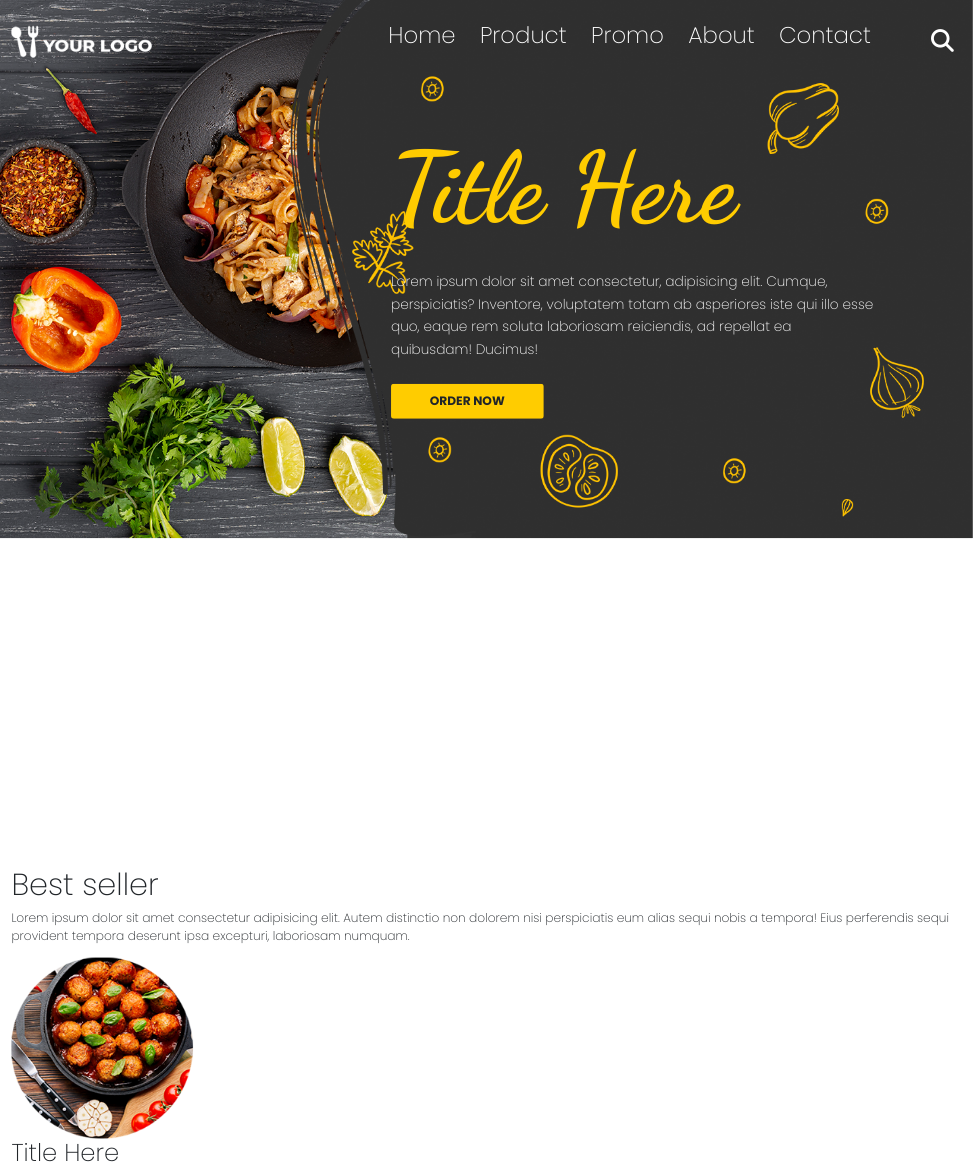
Repository: iphoneboy46/templateRestaurent
Page: index.html
The author's editor kept a copy of each file at every save. The page is drawn from the files as they stood at one save, then again after the next save.
The browser window is 1280 px wide. The pictures show the whole page, at 76% of full size.

Above is the page before, as saved 2022-10-12 15:23:49.

### index.html
<!DOCTYPE html>
<html lang="en">

<head>
    <meta charset="UTF-8">
    <meta http-equiv="X-UA-Compatible" content="IE=edge">
    <meta name="viewport" content="width=device-width, initial-scale=1.0">
    <link rel="stylesheet" href="https://cdn.jsdelivr.net/npm/bootstrap@4.3.1/dist/css/bootstrap.min.css"
        integrity="sha384-ggOyR0iXCbMQv3Xipma34MD+dH/1fQ784/j6cY/iJTQUOhcWr7x9JvoRxT2MZw1T" crossorigin="anonymous">
    <script src="https://code.jquery.com/jquery-3.3.1.slim.min.js"
        integrity="sha384-q8i/X+965DzO0rT7abK41JStQIAqVgRVzpbzo5smXKp4YfRvH+8abtTE1Pi6jizo"
        crossorigin="anonymous"></script>
    <script src="https://cdn.jsdelivr.net/npm/popper.js@1.14.7/dist/umd/popper.min.js"
        integrity="sha384-UO2eT0CpHqdSJQ6hJty5KVphtPhzWj9WO1clHTMGa3JDZwrnQq4sF86dIHNDz0W1"
        crossorigin="anonymous"></script>
    <script src="https://cdn.jsdelivr.net/npm/bootstrap@4.3.1/dist/js/bootstrap.min.js"
        integrity="sha384-JjSmVgyd0p3pXB1rRibZUAYoIIy6OrQ6VrjIEaFf/nJGzIxFDsf4x0xIM+B07jRM"
        crossorigin="anonymous"></script>
    <link rel="stylesheet" href="https://cdnjs.cloudflare.com/ajax/libs/font-awesome/6.2.0/css/all.min.css"
        integrity="sha512-xh6O/CkQoPOWDdYTDqeRdPCVd1SpvCA9XXcUnZS2FmJNp1coAFzvtCN9BmamE+4aHK8yyUHUSCcJHgXloTyT2A=="
        crossorigin="anonymous" referrerpolicy="no-referrer" />
    <link rel="stylesheet" href="style.css">
    <title>Document</title>
</head>

<body>
    <header class="header container-fluid">
        <nav class="menu__list pt-3">
           <div class="logo">
                <a class="navbar-brand">
                    <img src="images/logo.png" alt="">
                </a>
           </div>
            <ul class="menu__items">
                <li class="nav-item">
                    <a class="nav-link text-white" href="#">Home</a>
                </li>
                <li class="nav-item">
                    <a class="nav-link text-white" href="#">Product</a>
                </li>
                <li class="nav-item">
                    <a class="nav-link text-white" href="#">Promo</a>
                </li>
                <li class="nav-item">
                    <a class="nav-link text-white" href="#">About</a>
                </li>
                <li class="nav-item">
                    <a class="nav-link text-white" href="#">Contact</a>
                </li>
            </ul>
            <div class="item--search">
                <i class="fa-solid fa-magnifying-glass"></i>
            </div>
        </nav>
        <div class="header__content">
            <h1>Title Here</h1>
            <p>Lorem ipsum dolor sit amet consectetur, adipisicing elit. Cumque, perspiciatis? Inventore, voluptatem totam ab asperiores iste qui illo esse quo, eaque rem soluta laboriosam reiciendis, ad repellat ea quibusdam! Ducimus!</p>
            <button type="button" class="btn">ORDER NOW</button>
        </div>
    </header>
    <section class="section container-fluid">
        <div class="section__best-seller">
            <h1>Best seller</h1>
            <p>Lorem ipsum dolor sit amet consectetur adipisicing elit. Autem distinctio non dolorem nisi perspiciatis eum alias sequi nobis a tempora! Eius perferendis sequi provident tempora deserunt ipsa excepturi, laboriosam numquam.</p>
            <div>
                <div>
                    <div>
                        <img src="images/img1.png" alt="">
                    </div>
                    <div>
                        <h2>Title Here</h2>
                    </div>
                </div>
            </div>
        </div>
    </section>
</body>

</html>

### style.css
@import url('https://fonts.googleapis.com/css2?family=Poppins:wght@200&display=swap');
@import url('https://fonts.googleapis.com/css2?family=Dancing+Script:wght@700&family=Great+Vibes&family=Pacifico&family=Poppins:wght@200;700&family=Yellowtail&display=swap');
@import url('https://fonts.googleapis.com/css2?family=Dancing+Script:wght@700&family=Pacifico&family=Poppins:wght@200&display=swap');


* {
    padding: 0;
    margin: 0;
    box-sizing: border-box;
    font-family: 'Poppins', sans-serif;
    text-decoration: none;
    list-style: none;
}

.logo {
    width: 30%;
}

.header {
    background-image: url(images/header.png);
    width: 100%;
    height: 1000px;
    background-size: 100%;
    background-repeat: no-repeat;
    object-fit: fill;
}

.menu__list {
    display: flex;
    justify-content: space-between;
    align-items: center;
}

.menu__items {
    display: flex;
    justify-content: space-between;
    align-items: center;
    width: 50%;
}

.menu__items li a {
    font-size: 30px;
}


.item--search i {
    margin-right: 10px;
    color: white;
    font-size: 30px;
}

.header__content {
    width: 635px;
    position: absolute;
    top: 50%;
    left: 65%;
    transform: translate(-50%, -50%)
}



.header__content h1 {
    color: #ffcc00;
    font-size: 130px;
    font-weight: bold;
    font-family:  'Dancing Script', sans-serif;
}

.header__content p {
    font-size: 18px;
    color: white;
    line-height: 30px;
    margin-top: 30px;
    margin-bottom: 30px;
}

.header__content .btn {
    background-color: #ffcc00;
    font-weight: 800;
    padding: 10px 50px;
}

.section{
    margin-top: 140px;
}

After the next save:
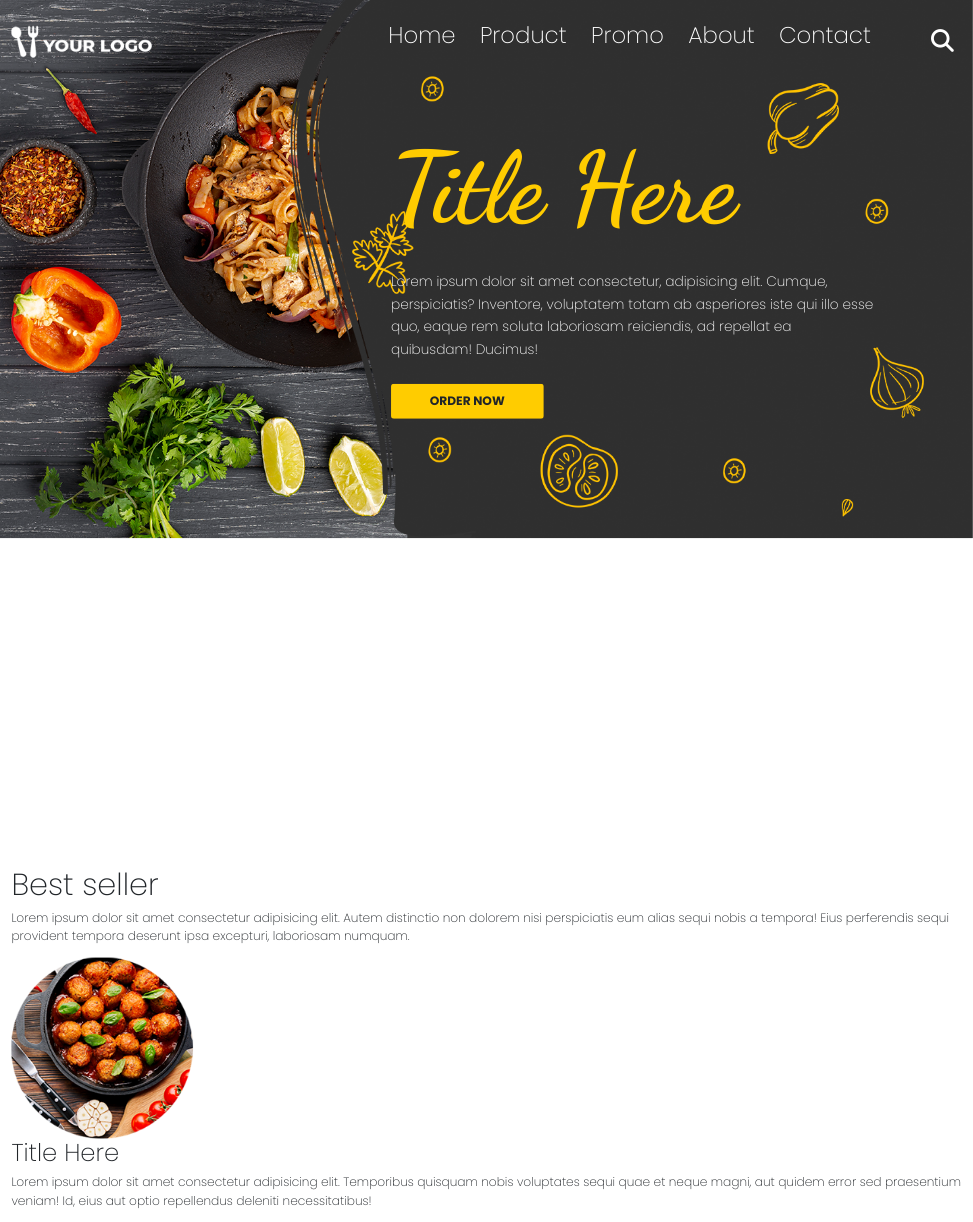
Saved 14 s later.
--- a/index.html
+++ b/index.html
@@ -70,6 +70,9 @@
                     <div>
                         <h2>Title Here</h2>
                     </div>
+                    <div>
+                        <p>Lorem ipsum dolor sit amet consectetur adipisicing elit. Temporibus quisquam nobis voluptates sequi quae et neque magni, aut quidem error sed praesentium veniam! Id, eius aut optio repellendus deleniti necessitatibus!</p>
+                    </div>
                 </div>
             </div>
         </div>
